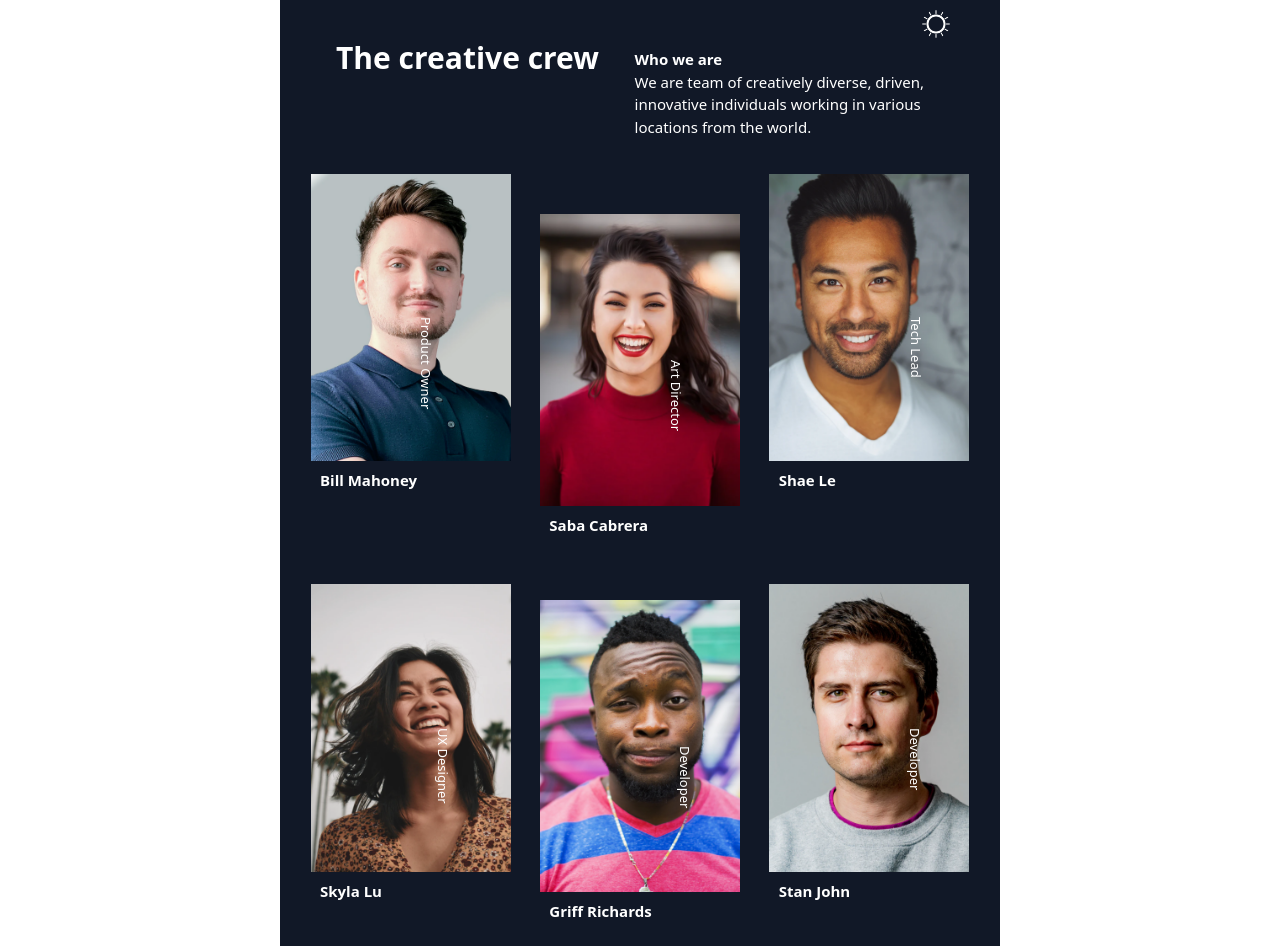
Repository: Alzate1075/Funval-G3-N2
Page: /
An editor plug-in stored every save of this project. The page is shown before and after the next save, followed by the edit.
The browser window is 1280 px wide. The pictures show the whole page.
The project was rebuilt for these pictures with package versions that can differ from the ones it lists, and the page was loaded fresh each time. Also part of the build but not shown: vite.config.js.

Above is the page before, as saved 2025-07-03 11:10:03.

After the next save:
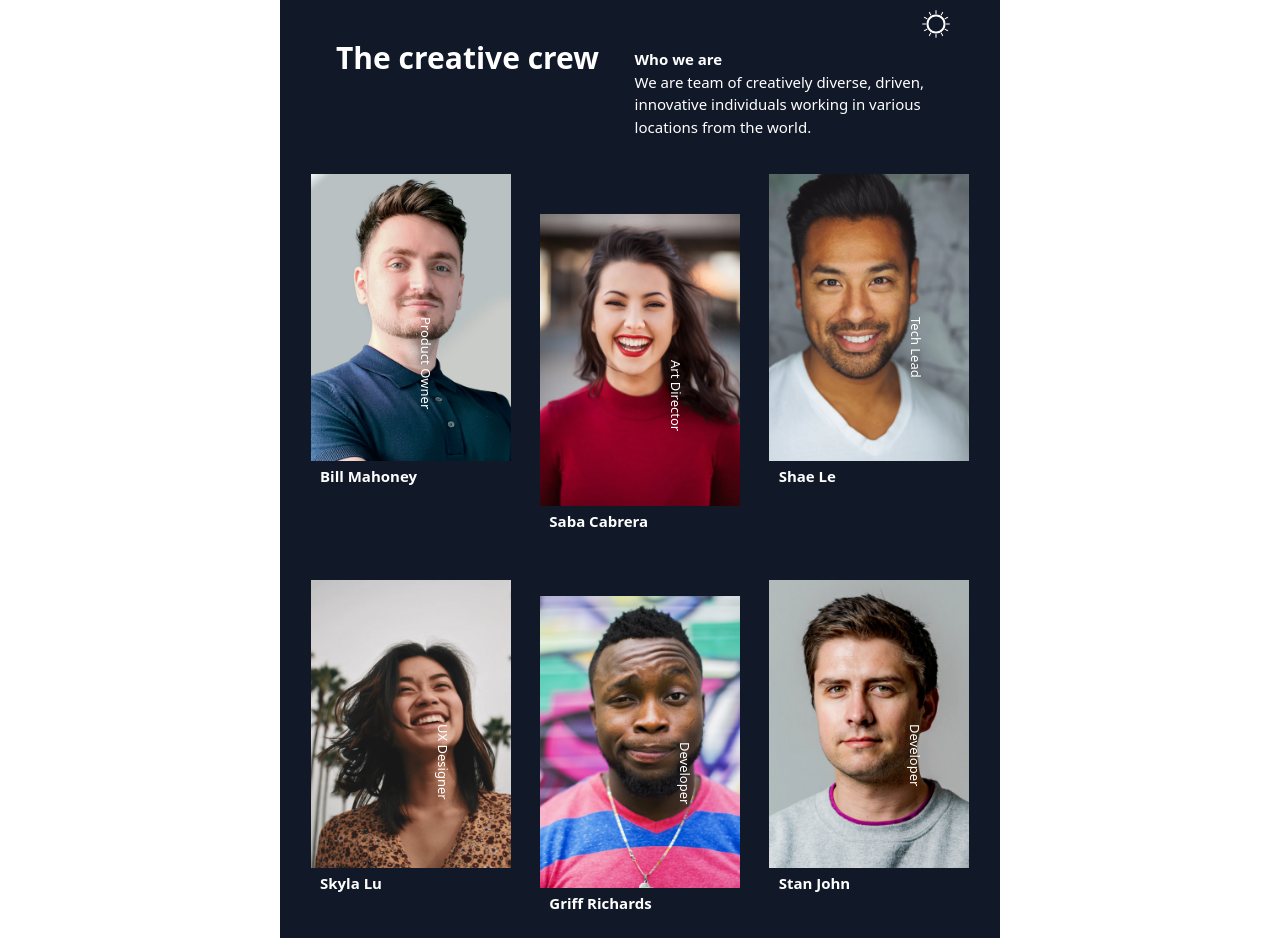
Saved 9 s later.
--- a/src/components/TeamCard.jsx
+++ b/src/components/TeamCard.jsx
@@ -8,7 +8,7 @@ export function TeamCard(props) {
           {props.role}
         </span>
       </div>
-      <div className="md:text-white text-center mt-2 flex justify-star pl-4">
+      <div className="md:text-white text-center mt-1 flex justify-star pl-4">
         <h3 className="font-semibold text-[12px] md:text-[15px]">
           {props.name}
         </h3>
